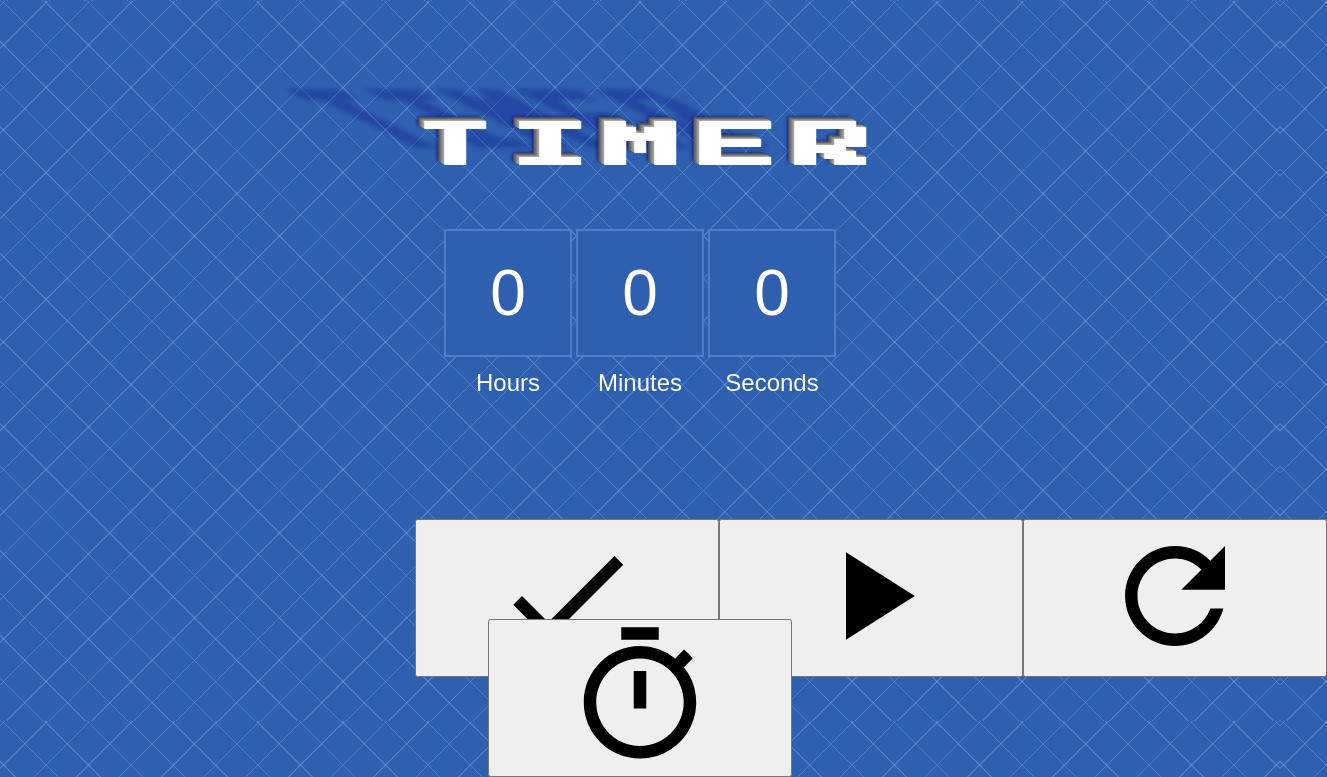
Repository: KrzysKolo/Projekt-12_Timer
Page: index.html
The author's editor kept a copy of each file at every save. The page is drawn from the files as they stood at one save, then again after the next save.
The browser window is 1280 px wide. The page is 1327 px wide, then 1315 px, so the pictures cover 1327 px, including what lies to the right of the window. The pictures show the whole page.
Some web fonts or font styles are not loaded; a fallback is used.

Above is the page before, as saved 2020-06-24 22:30:23.

After the next save:
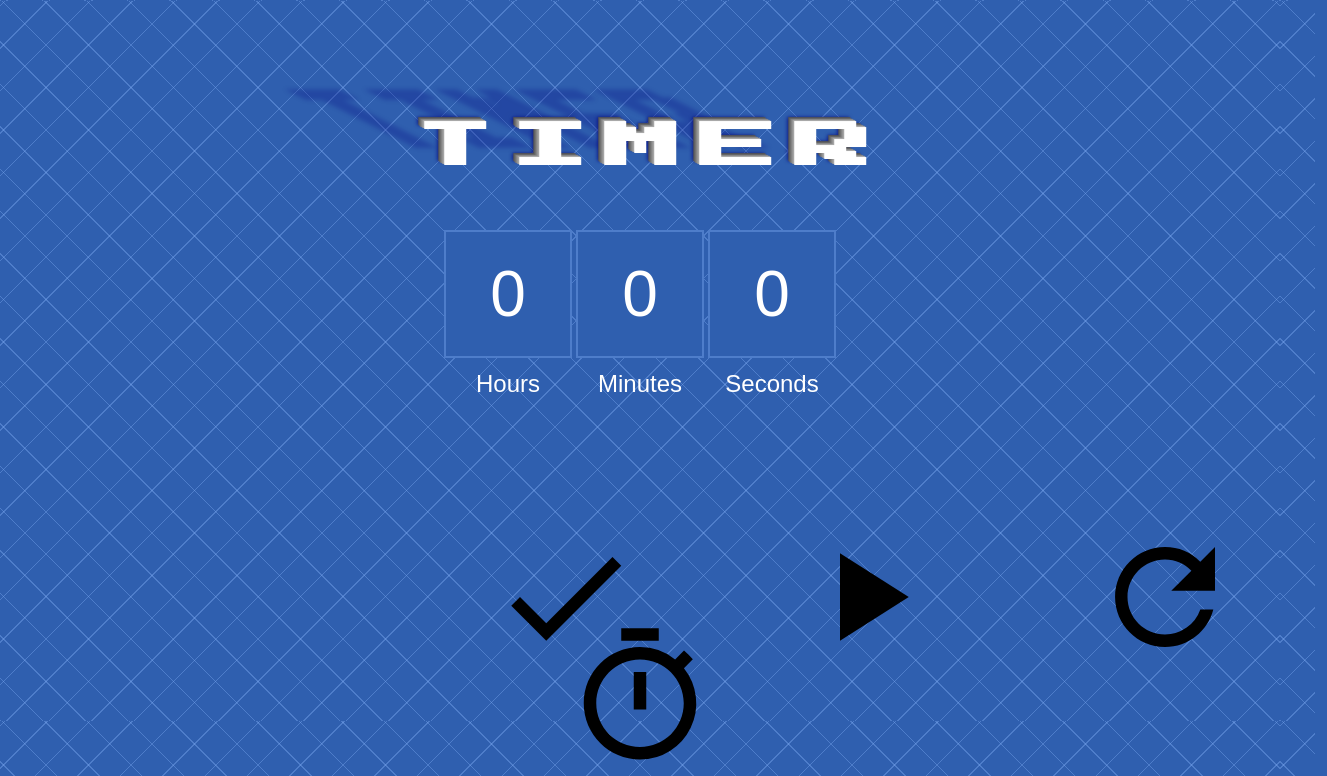
Saved 81 s later.
--- a/css/style.css
+++ b/css/style.css
@@ -128,3 +128,8 @@ body {
   font-size: 1.5rem;
   padding-top: 10px;
 }
+.button {
+  background-color: transparent;
+  border: none;
+  cursor: pointer;
+}
